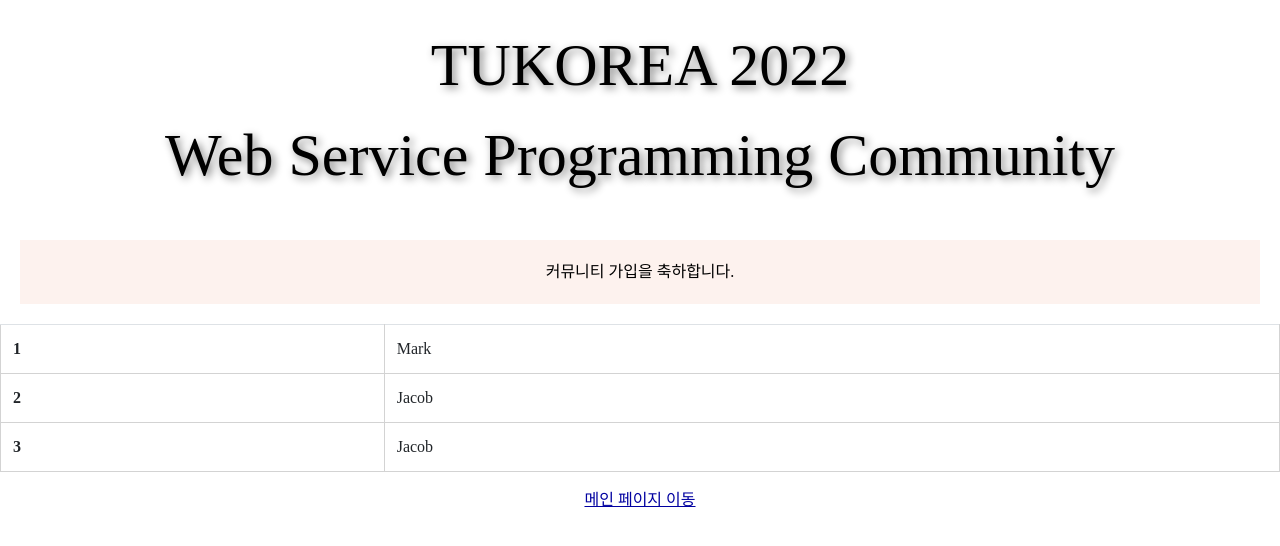
Repository: ljdongz/jsp-project
Page: http://localhost/jeongdong_reg/result.jsp
The author's editor kept a copy of each file at every save. The page is drawn from the files as they stood at one save, then again after a run of saves.
The browser window is 1280 px wide. The pictures show the whole page.
The page is served by Tomcat 9. Other server files are loaded and not shown.

Above is the page before, as saved 2022-09-27 14:09:20.

### project1/jeongdong_reg/src/main/webapp/result.jsp
<%@ page language="java" contentType="text/html; charset=UTF-8"
	pageEncoding="UTF-8"%>
<!DOCTYPE html>
<html>
<head>
<meta charset="UTF-8">
<title>Result Page</title>

<link rel="stylesheet"
	href="https://cdn.jsdelivr.net/npm/bootstrap@4.6.2/dist/css/bootstrap.min.css"
	integrity="sha384-xOolHFLEh07PJGoPkLv1IbcEPTNtaed2xpHsD9ESMhqIYd0nLMwNLD69Npy4HI+N"
	crossorigin="anonymous">
<link rel="stylesheet" href="resources/register.css" type="text/css"></link>

</head>
<body>
	<header>
		TUKOREA 2022 <br> Web Service Programming Community
	</header>

	<p id="sect">커뮤니티 가입을 축하합니다.</p>


	<table class="table">
		<tbody>
			<tr>
				<th scope="row">1</th>
				<td>Mark</td>
			</tr>
			<tr>
				<th scope="row">2</th>
				<td>Jacob</td>
			</tr>
			<tr>
				<th scope="row">3</th>
				<td>Jacob</td>
			</tr>
		</tbody>
	</table>


	<p style="text-align: center;">
		<a href="http://localhost:8080/jeongdong_reg/welcome.html">메인 페이지
			이동</a>
	</p>
</body>
</html>

### project1/jeongdong_reg/src/main/webapp/resources/register.css
@charset "UTF-8";

header {
	margin: 20px 10px 40px 10px;
	font-family: "Freestyle Script", "Mistral";
	font-size: 60px;
	text-shadow: 3px 3px 8px gray;
	text-align: center;
}

body {
	color: black;
	font-family: '맑은 고딕', '돋움', '고딕';
}

div {
	margin-left: auto;
	margin-right: auto;
	width: 70%;
	text-align: center;
}

ul {
	list-style: none;
	text-align: left;
	background-color: #FDF2EE;
	margin-left: 20px; margin-right: 20px;
	padding-top:20px; padding-bottom: 20px;
}

#sect {
	background-color: #FDF2EE;
	text-align: center;
	margin: 20px;
	padding: 20px;
}

a {
	text-decoration: underline;
	color: #0000a0;
}

table {
	border-collapse: collapse;
	width: 100%;
}

th {
	border: 1px solid lightgray;
	padding: 5px;
	width: 30%
}

td {
	border: 1px solid lightgray;
	padding: 5px;
	width: 70%
}

After the next 2 saves:
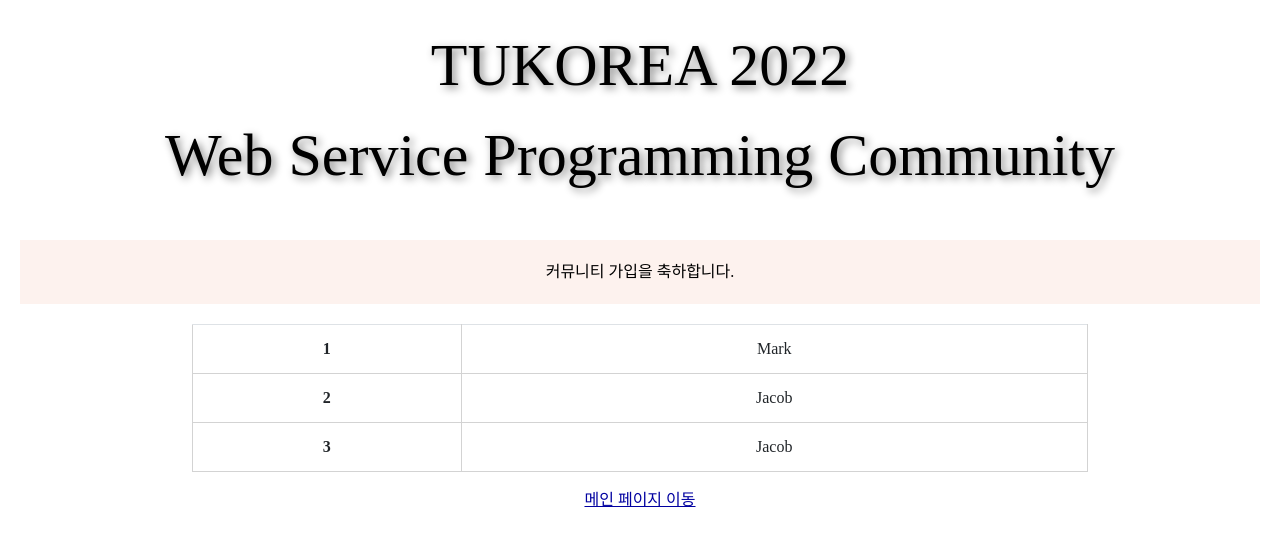
The 2 saves are shown as one change because they came seconds apart.
The last was saved 63 s later.
--- a/project1/jeongdong_reg/src/main/webapp/result.jsp
+++ b/project1/jeongdong_reg/src/main/webapp/result.jsp
@@ -21,22 +21,24 @@
 	<p id="sect">커뮤니티 가입을 축하합니다.</p>
 
 
-	<table class="table">
-		<tbody>
-			<tr>
-				<th scope="row">1</th>
-				<td>Mark</td>
-			</tr>
-			<tr>
-				<th scope="row">2</th>
-				<td>Jacob</td>
-			</tr>
-			<tr>
-				<th scope="row">3</th>
-				<td>Jacob</td>
-			</tr>
-		</tbody>
-	</table>
+	<div>
+		<table class="table">
+			<tbody>
+				<tr>
+					<th scope="row">1</th>
+					<td>Mark</td>
+				</tr>
+				<tr>
+					<th scope="row">2</th>
+					<td>Jacob</td>
+				</tr>
+				<tr>
+					<th scope="row">3</th>
+					<td>Jacob</td>
+				</tr>
+			</tbody>
+		</table>
+	</div>
 
 
 	<p style="text-align: center;">
